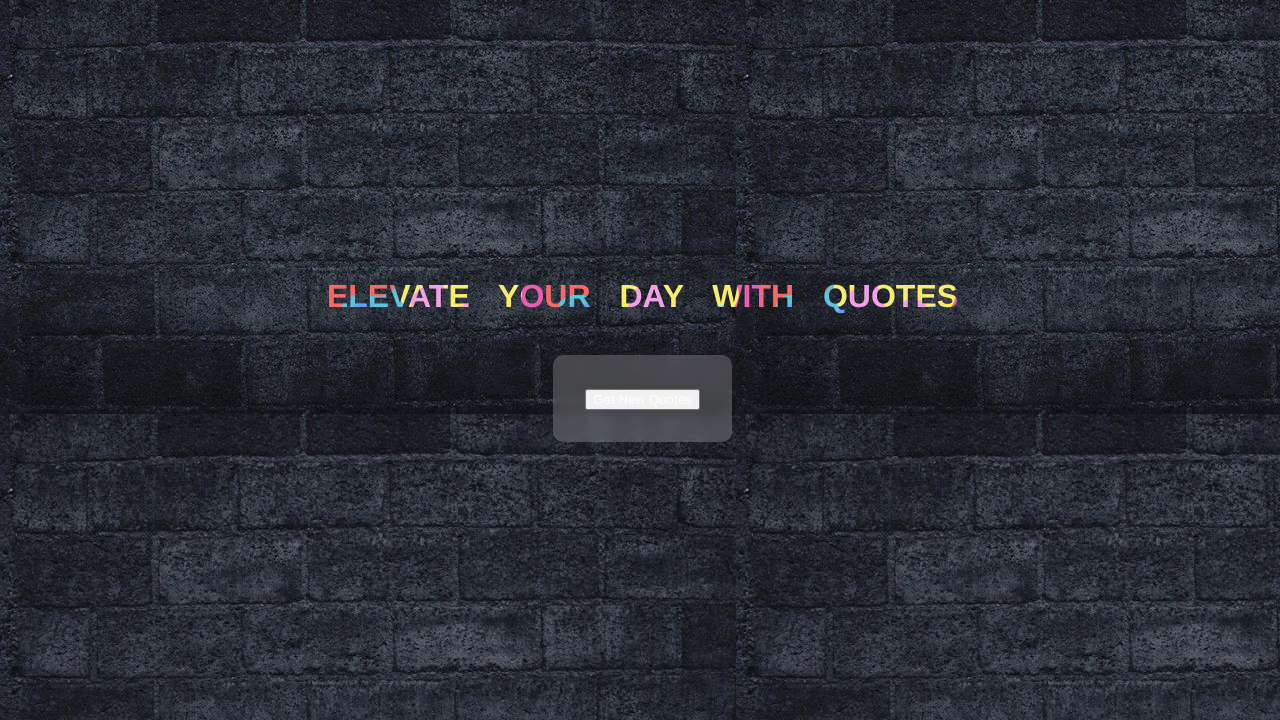
Repository: Bhavik-Sanghar/Quote-app
Page: /
The author's editor kept a copy of each file at every save. The page is drawn from the files as they stood at one save, then again after the next save.
The browser window is 1280 px wide. The pictures show the whole page.
The page's requests for data from a server got no answer. The project was rebuilt for these pictures with package versions that can differ from the ones it lists, and the page was loaded fresh each time. No one was signed in, and anything a server would have sent is missing. Also part of the build but not shown: src/styles.css.

Above is the page before, as saved 2023-08-18 15:55:21.

### src/App.js
import React from 'react';
import './styles.css';
import QuoteComponent from './components/NewQuote'

function App() {
  return (
    <div className="App">

      <QuoteComponent/>


    </div>
  );
}

export default App;

### src/components/NewQuote.js
import React, { useEffect, useState } from "react";
import axios from "axios";
import './New.css'

const QuoteComponent = () => {
  const [quotes, setQuotes] = useState([]);
  const category = "inspirational";
  const apiKey = "EgtS4gqLsbjvHM2bBjKwBA==PYmsGLFQFXQzq0Na";

  useEffect(() => {
    fetchQuotes();
  }, []);

  const fetchQuotes = async () => {
    try {
      const response = await axios.get(
        `https://api.api-ninjas.com/v1/quotes?category=${category}&limit=1`, // Fetching 5 quotes
        {
          headers: { "X-Api-Key": apiKey },
        }
      );
      setQuotes(response.data);
    } catch (error) {
      console.error("Error: ", error);
    }
  };

  const handleFetchNewQuotes = () => {
    fetchQuotes();
  };

  return (
    <div className="quote-container">
      <h1>Elevate Your Day with Quotes</h1>
      <div className="card-container">
        {quotes.map((quote, index) => (
          <div key={index} className="card">
            <p className="quote-text">{quote.quote}</p>
            <p className="author">- {quote.author}</p>
          </div>
        ))} <button className="btn-one" onClick={handleFetchNewQuotes}>
           Get New Quotes
      </button>
      </div>
    </div>
  );
};

export default QuoteComponent;

### src/components/New.css
.quote-container {
  padding: auto;
  padding-left: 5px;
  display: flex;
  flex-direction: column;
  justify-content: center;
  align-items: center;
  min-height: 100vh;
  background-color: black;
  background-image: url(./bg.jpg);
  transition: background-image 0.5s ease-in-out; /* Add transition for smooth image change */
  color: white;
  position: relative; /* Required for positioning pseudo-element */
  overflow: hidden; /* Hide overflowing pseudo-element content */
}

.quote-container h1 {
  z-index: 2;
  margin: 20px;
  background-image: url(./h1.jpg);
  background-repeat: repeat;
  opacity: 0;
  -webkit-background-clip: text;
  -webkit-text-fill-color: transparent;
  text-align: center;
  word-spacing: 20px;
  font-weight: bold;
  text-transform: uppercase;
  font-family: "Steelfish Rg", "helvetica neue";
  font-weight: 800;
  -webkit-font-smoothing: antialiased;
  transition: background-color 0.3s ease-in-out;
  animation: fadeInHeading 2s ease-in-out 0.5s forwards;
}

.card:hover {
  /* Example animation - scale up on hover */
  transform: scale(1.05);
  transition: transform 0.3s ease-in-out;
}

.author:hover {
  /* Example animation - change text color on hover */
  color: #00e5ff; /* Change to your desired color */
  transition: color 0.3s ease-in-out;
}
.quote-container h1:hover {
  font-size: 2.2em;
  transition: font-size 0.3s ease-in-out;
}

.fetch-button {
  position: absolute;
  margin-top: 40px;
  bottom: 20px; /* Adjust to your preference */
  right: 20px; /* Adjust to your preference */
  background-color: transparent;
  border: none;
  color: white;
  cursor: pointer;
  font-size: 16px;
  padding: 10px 20px;
  border-radius: 5px;
  transition: background-color 0.3s ease-in-out;
}

.fetch-button:hover {
  background-color: rgba(255, 255, 255, 0.1);
}

.card-container {
  z-index: 2;
  margin: 20px;
  backdrop-filter: blur(5px);
  background-color: hsla(0, 0%, 100%, 0.2);
  border-radius: 10px;
  padding: 2rem;
  font-size: larger;
  font-family: "Times New Roman", Times, serif;
  opacity: 0; /* Set initial opacity to 0 */
  animation: fadeInQuotes 3s ease-in-out 1s forwards,
    fadeInBackground 3s ease-in-out 1s forwards;
  position: relative; /* Ensure proper z-index behavior */
}

@keyframes fadeInHeading {
  from {
    opacity: 0;
    transform: translateY(-20px);
  }
  to {
    opacity: 1;
    transform: translateY(0);
  }
}

@keyframes fadeInQuotes {
  from {
    opacity: 0;
    transform: translateY(20px);
  }
  to {
    opacity: 1;
    transform: translateY(0);
  }
}

@keyframes fadeInBackground {
  from {
    opacity: 0;
  }
  to {
    opacity: 1;
  }
}

.btn {
  line-height: 50px;
  height: 50px;
  text-align: center;
  width: 250px;
  cursor: pointer;
}

.btn-one {
  color: #FFF;
  transition: all 0.3s;
  position: relative;
}
.btn-one span {
  transition: all 0.3s;
}
.btn-one::before {
  content: '';
  position: absolute;
  bottom: 0;
  left: 0;
  width: 100%;
  height: 100%;
  z-index: 1;
  opacity: 0;
  transition: all 0.3s;
  border-top-width: 1px;
  border-bottom-width: 1px;
  border-top-style: solid;
  border-bottom-style: solid;
  border-top-color: rgba(255,255,255,0.5);
  border-bottom-color: rgba(255,255,255,0.5);
  transform: scale(0.1, 1);
}
.btn-one:hover span {
  letter-spacing: 2px;
}
.btn-one:hover::before {
  opacity: 1;
  transform: scale(1, 1);
}
.btn-one::after {
  content: '';
  position: absolute;
  bottom: 0;
  left: 0;
  width: 100%;
  height: 100%;
  z-index: 1;
  transition: all 0.3s;
  background-color: rgba(255,255,255,0.1);
}
.btn-one:hover::after {
  opacity: 0;
  transform: scale(0.1, 1);
}

Loaded but not shown: public/index.html (common file); src/index.js (common file); src/index.css (common file); src/reportWebVitals.js (common file)

After the next save:
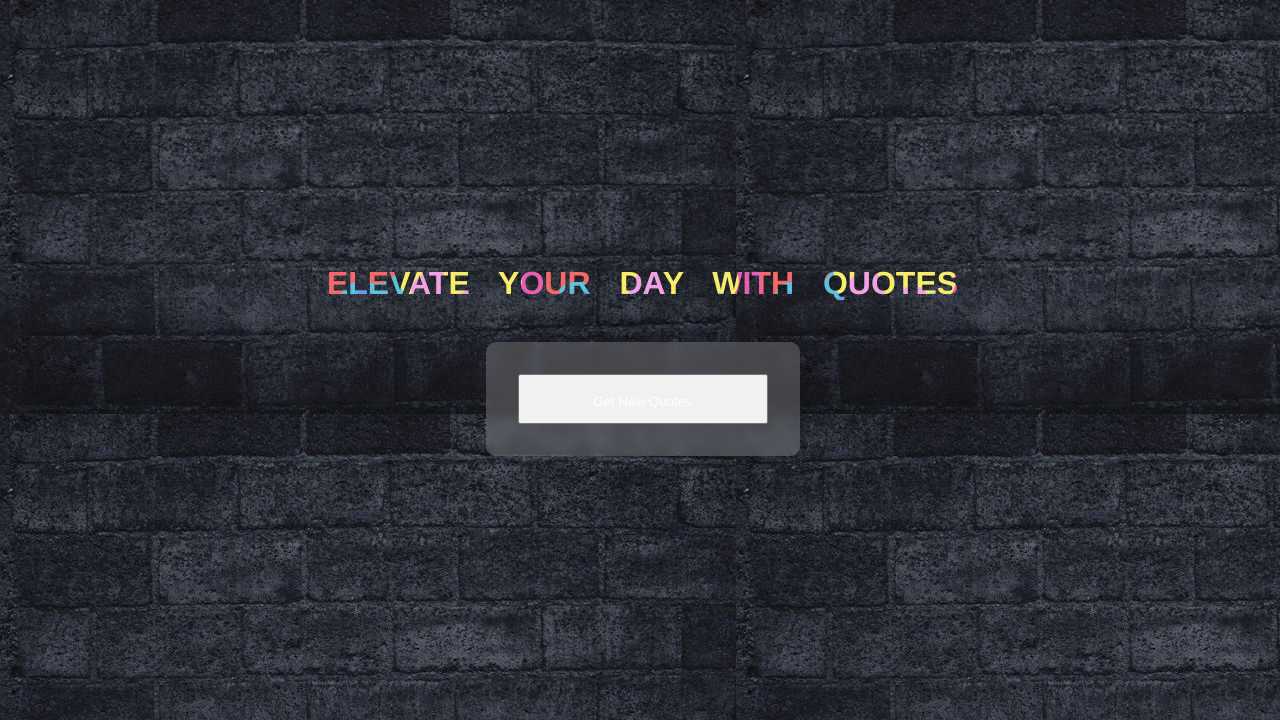
Saved 19 s later.
--- a/src/components/NewQuote.js
+++ b/src/components/NewQuote.js
@@ -38,7 +38,7 @@ const QuoteComponent = () => {
             <p className="quote-text">{quote.quote}</p>
             <p className="author">- {quote.author}</p>
           </div>
-        ))} <button className="btn-one" onClick={handleFetchNewQuotes}>
+        ))} <button className="btn btn-one" onClick={handleFetchNewQuotes}>
            Get New Quotes
       </button>
       </div>
